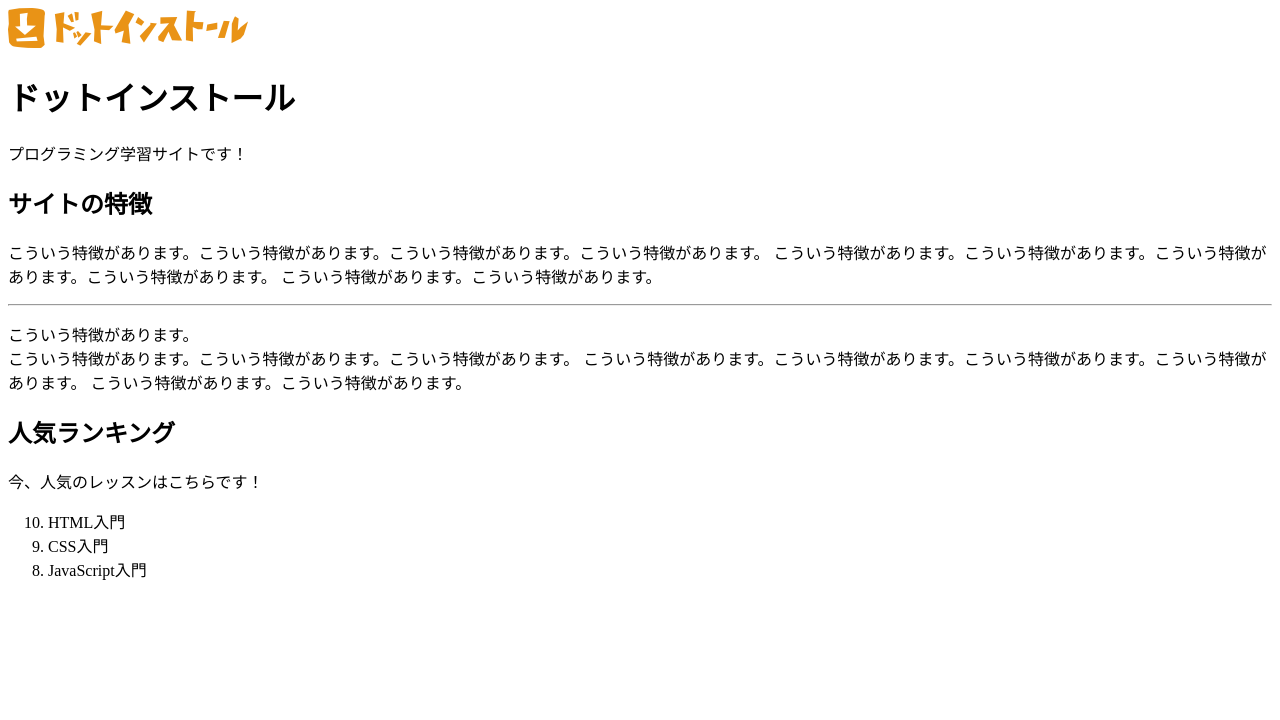
Repository: kojimayu/dotinstall-html
Page: index.html
The author's editor kept a copy of each file at every save. The page is drawn from the files as they stood at one save, then again after the next save.
The browser window is 1280 px wide. The pictures show the whole page.

Above is the page before, as saved 2019-04-04 16:35:38.

### index.html
<!DOCTYPE html>
<html lang="ja">

<head>
    <meta charset="UTF-8">
    <title>ドットインストール</title>
    <meta name="description" content="プログラミング学習サイトのドットインストールです。">
    <link rel="icon" href="img/favicon.ico">
</head>

<body>
    <img src="img/logo.png" alt="ドットインストールのロゴです" width="240" height="40">
    <h1>ドットインストール</h1>
    <p>プログラミング学習サイトです！</p>

    <h2>サイトの特徴</h2>
    <p>こういう特徴があります。こういう特徴があります。こういう特徴があります。こういう特徴があります。
        こういう特徴があります。こういう特徴があります。こういう特徴があります。こういう特徴があります。
        こういう特徴があります。こういう特徴があります。
    </p>
    <hr>
    <p>こういう特徴があります。<br>こういう特徴があります。こういう特徴があります。こういう特徴があります。
        こういう特徴があります。こういう特徴があります。こういう特徴があります。こういう特徴があります。
        こういう特徴があります。こういう特徴があります。
    </p>

    <h2>人気ランキング</h2>
    <p>今、人気のレッスンはこちらです！</p>
    <ol reversed start="10">
        <li>HTML入門</li>
        <li>CSS入門</li>
        <li>JavaScript入門</li>
    </ol>
</body>

</html>

After the next save:
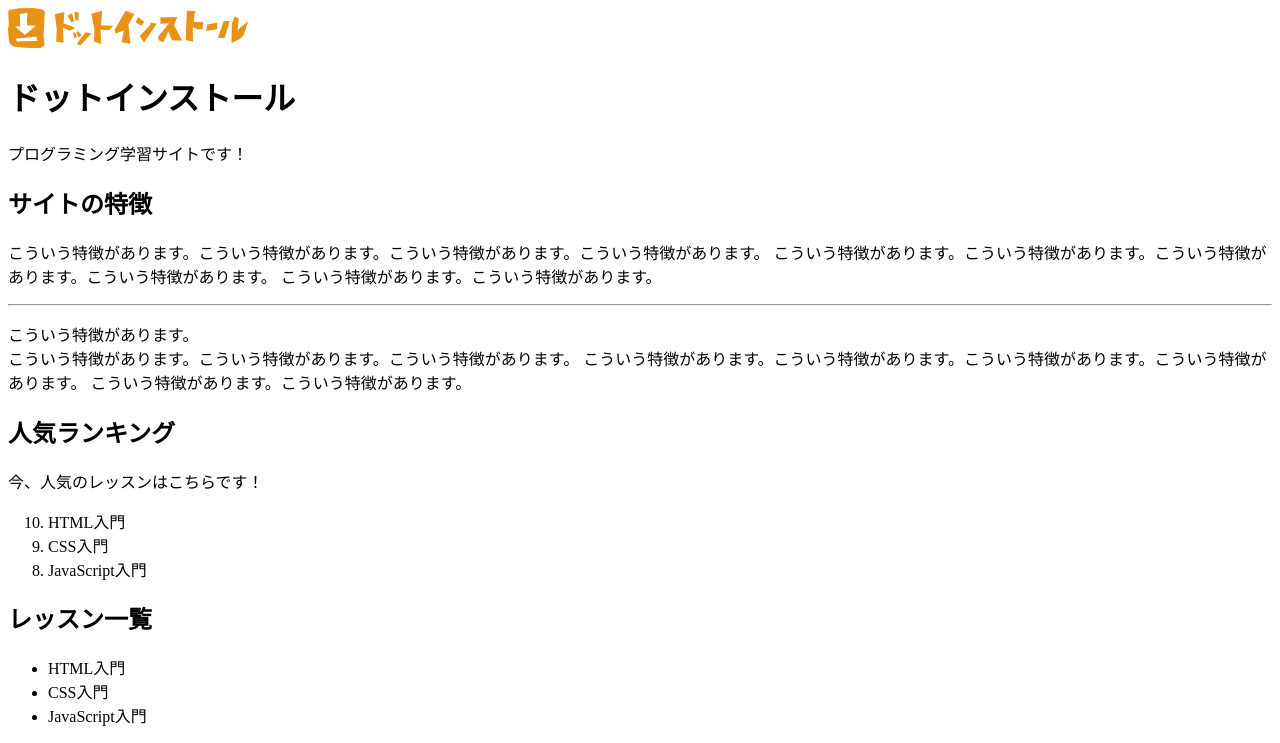
Saved 111 s later.
--- a/index.html
+++ b/index.html
@@ -31,6 +31,14 @@
         <li>CSS入門</li>
         <li>JavaScript入門</li>
     </ol>
+
+    <h2>レッスン一覧</h2>
+    <ul>
+        <li>HTML入門</li>
+        <li>CSS入門</li>
+        <li>JavaScript入門</li>
+
+    </ul>
 </body>
 
 </html>
